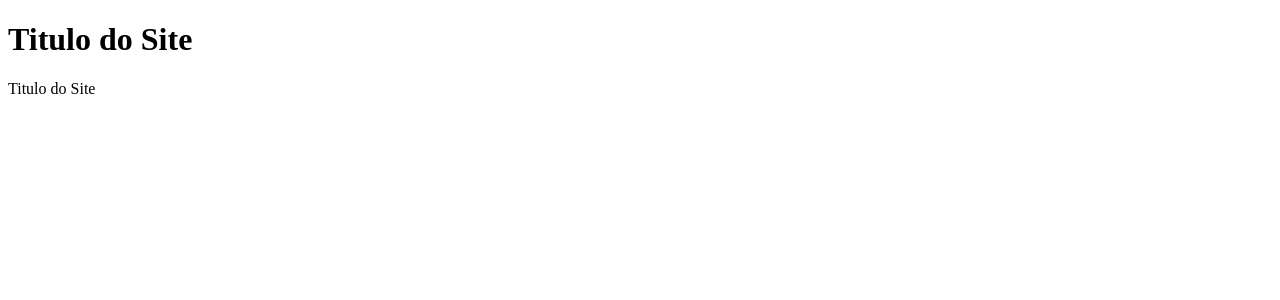
Repository: robertacristinaabreu01/projeto-siteGitHub
Page: index.html
These files come from the project's save history. The page is drawn as it stood at one moment and after a run of saves; the edit follows.
The browser window is 1280 px wide. The pictures show the whole page.

Above is the page before, as saved 2021-01-23 21:08:39.

After the next 3 saves:
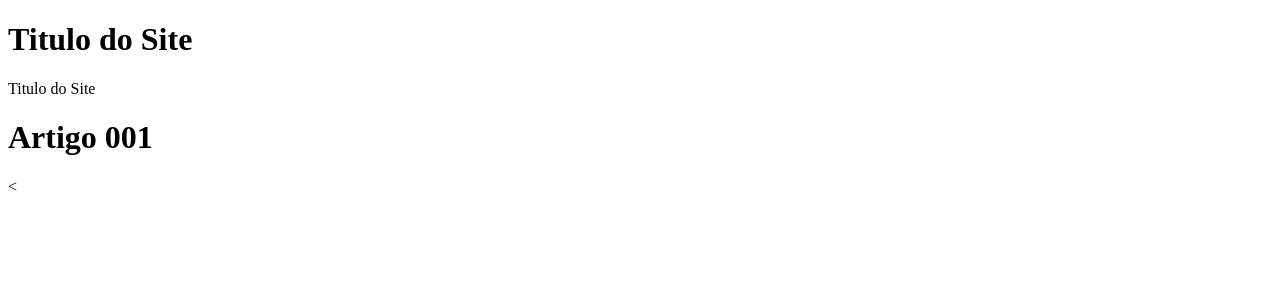
The 3 saves are shown as one change because they came seconds apart.
The last was saved 10 s later.
--- a/index.html
+++ b/index.html
@@ -11,7 +11,8 @@
             <h1>Titulo do Site</h1>
         </header>
         <article>Titulo do Site</article>
-        <h1></h1>
+        <h1>Artigo 001</h1>
+        <
     </main>
 
 </body>
